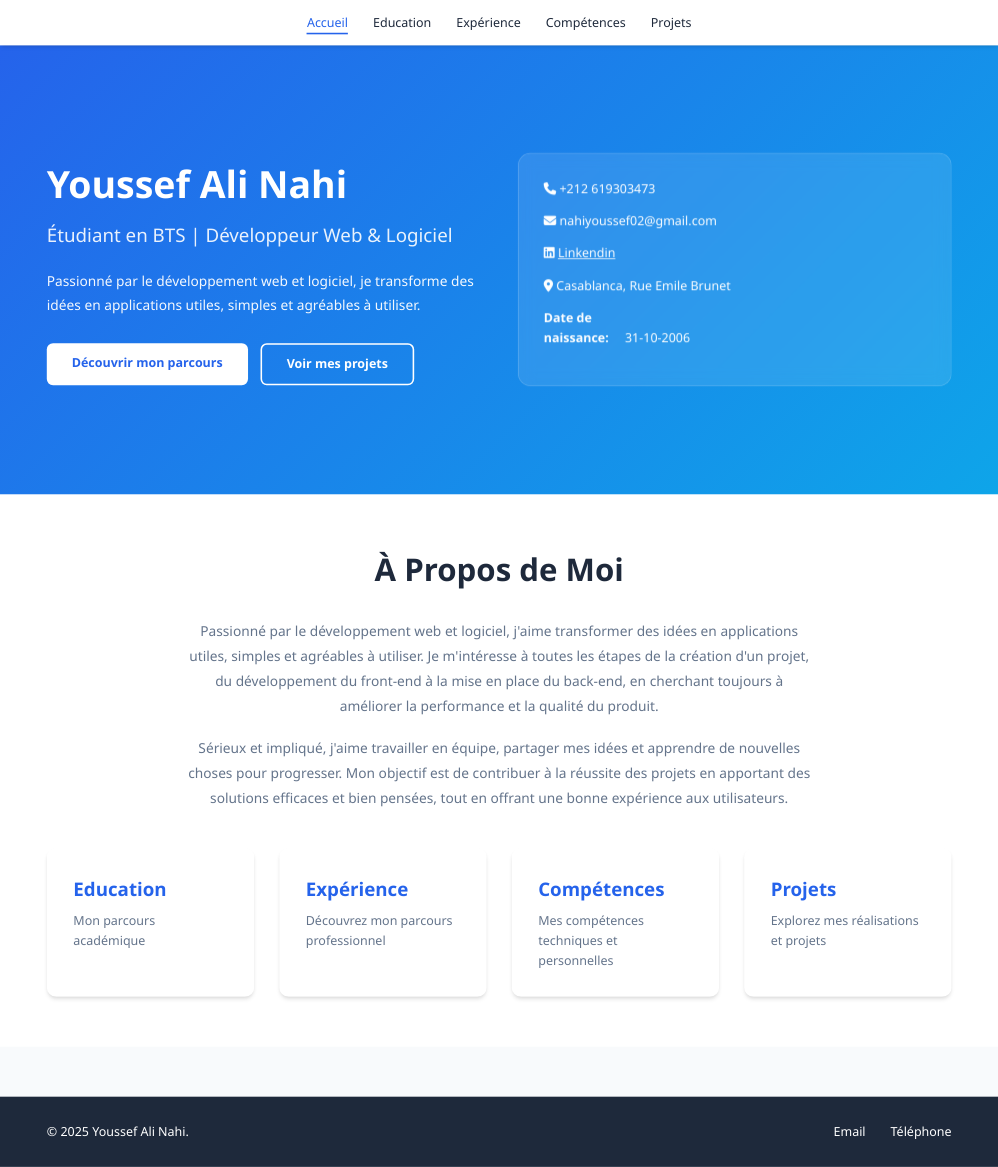
Repository: Youssef-Nahi504/My_Portfolio
Page: index.html
These files come from the project's save history. The page is drawn as it stood at one moment and after a run of saves; the edit follows.
The browser window is 1280 px wide. The pictures show the whole page, at 78% of full size.

Above is the page before, as saved 2025-12-21 13:29:05.

After the next 3 saves:
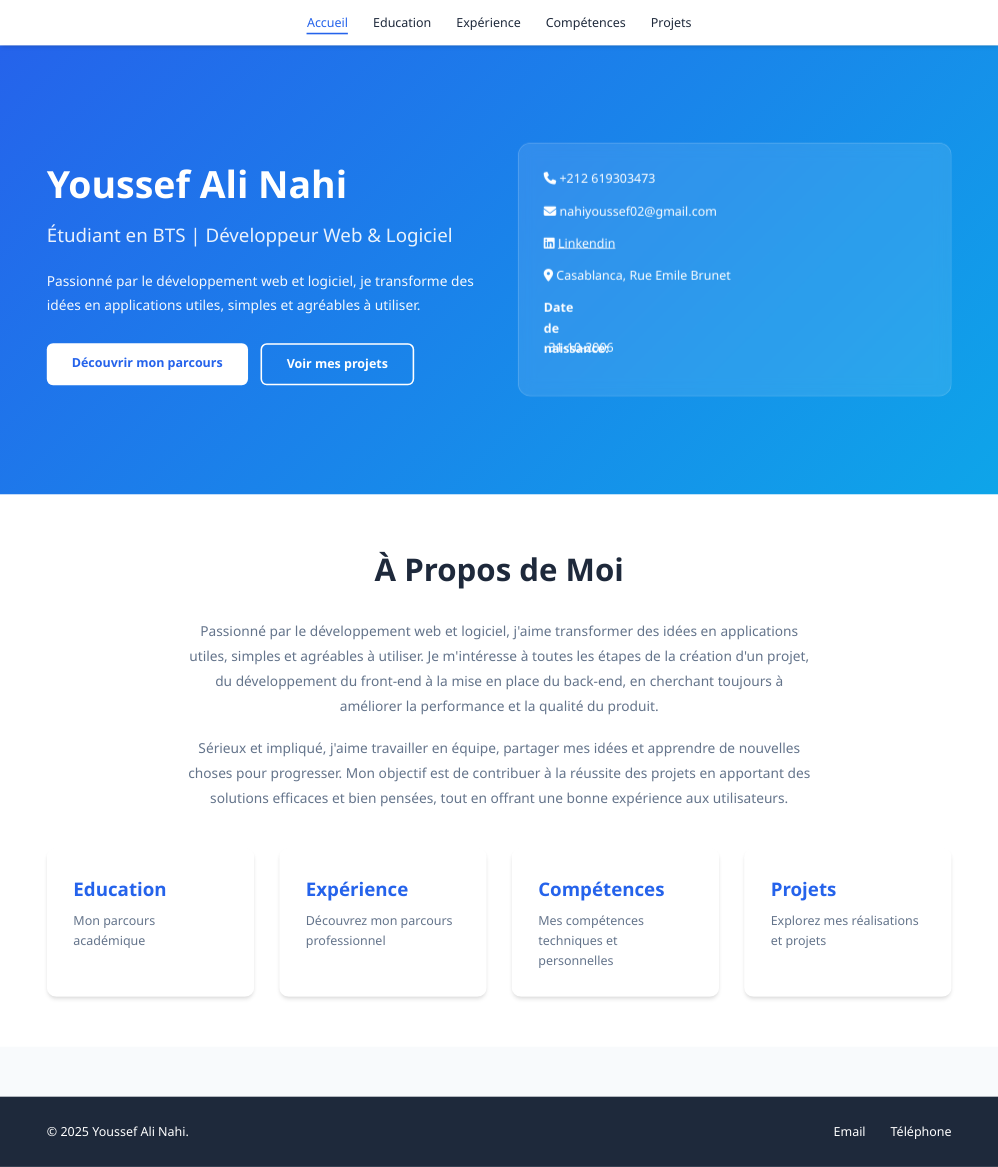
The 3 saves are shown as one change because they came seconds apart.
The last was saved 23 s later.
--- a/style.css
+++ b/style.css
@@ -191,7 +191,7 @@
 
 .profile-info strong {
     display: inline-block;
-    width: 100px;
+    width: 2px;
 }
 
 /* About Section */

After the save that followed:
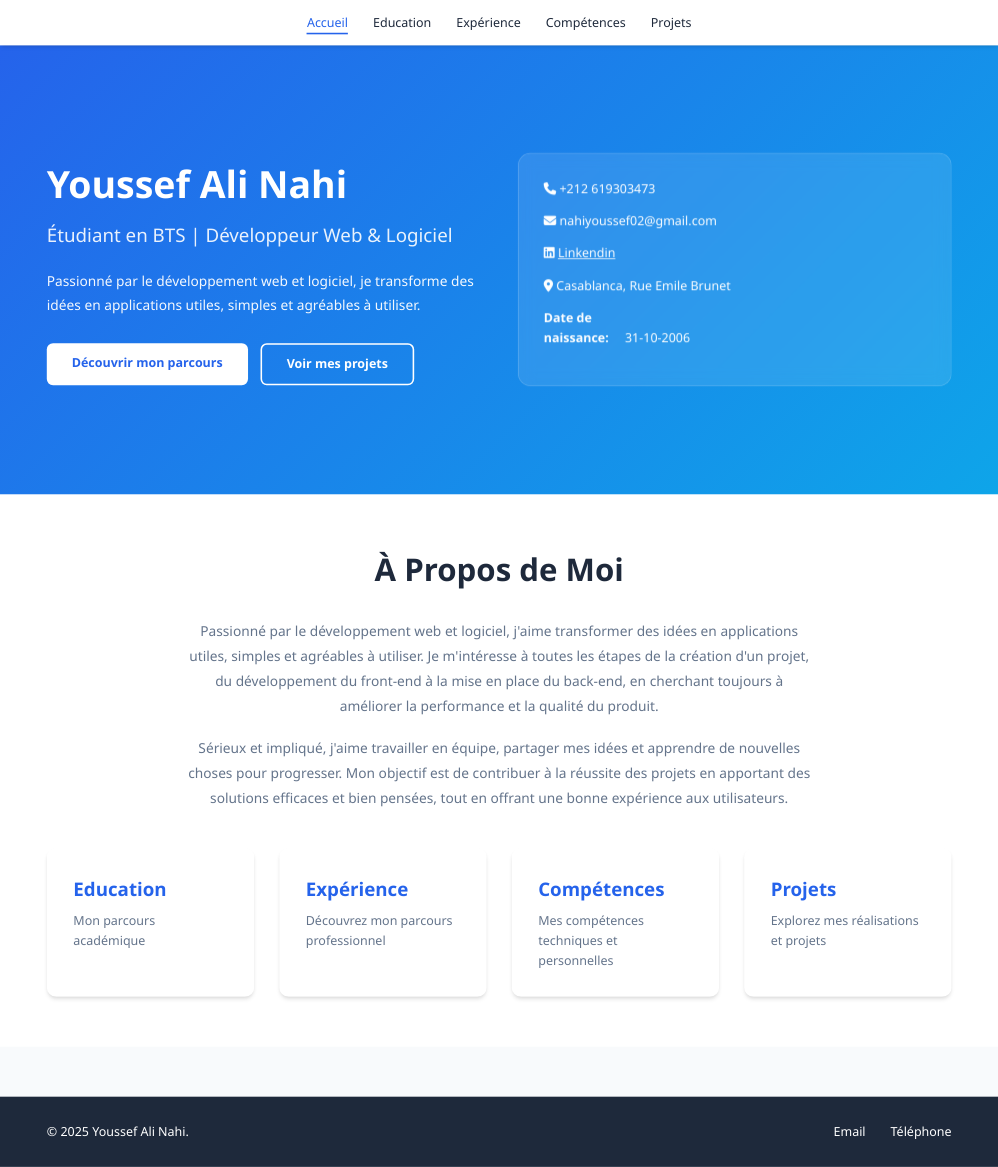
Saved 10 s later.
--- a/style.css
+++ b/style.css
@@ -191,7 +191,7 @@
 
 .profile-info strong {
     display: inline-block;
-    width: 2px;
+    width: 100px;
 }
 
 /* About Section */
